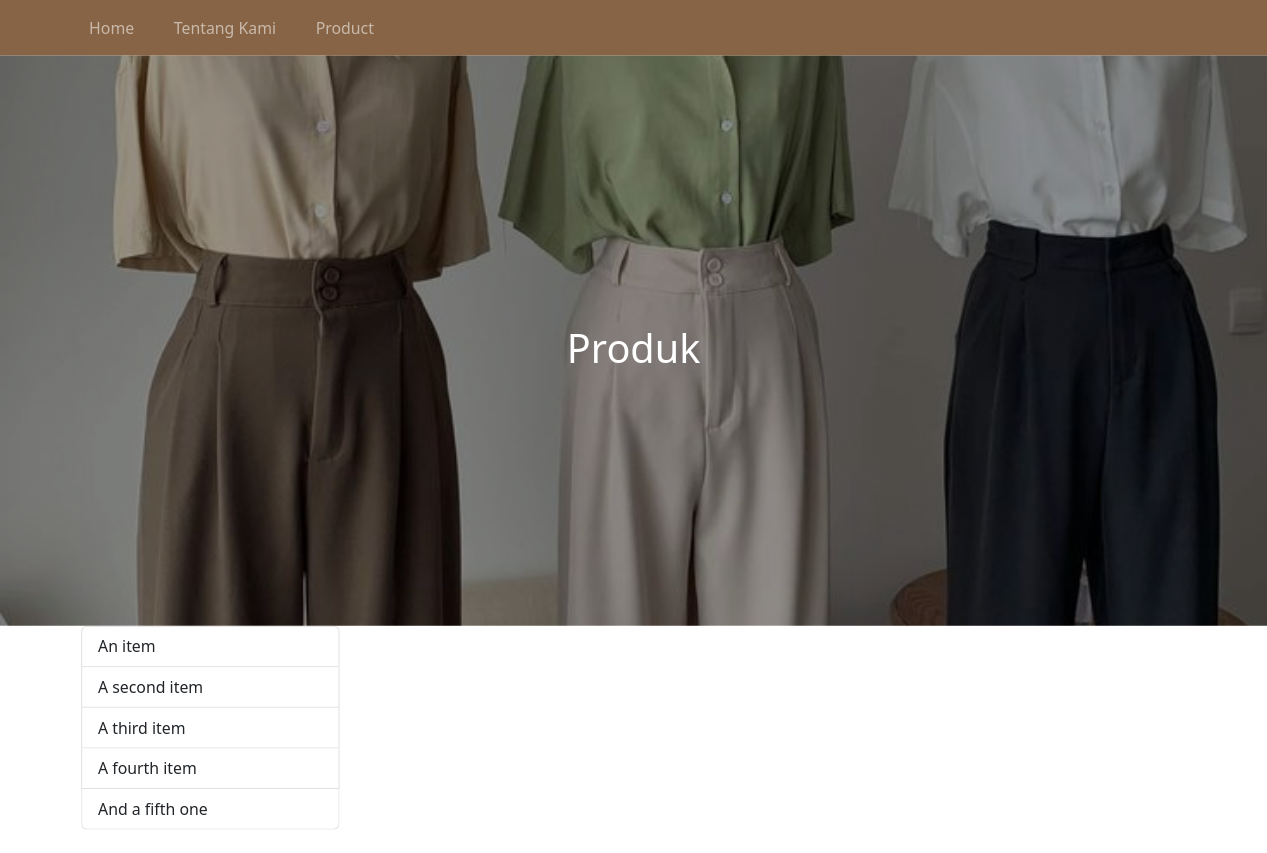
Repository: herman165/tugas_uas
Page: http://localhost/produk.php
These files come from the project's save history. The page is drawn as it stood at one moment and after a run of saves; the edit follows.
The browser window is 1280 px wide. The pictures show the whole page, at 99% of full size.
The page is run by PHP 8.4 with error messages shown; the project is at /var/www/html/.

Above is the page before, as saved 2024-12-11 03:19:23.

After the next 4 saves:
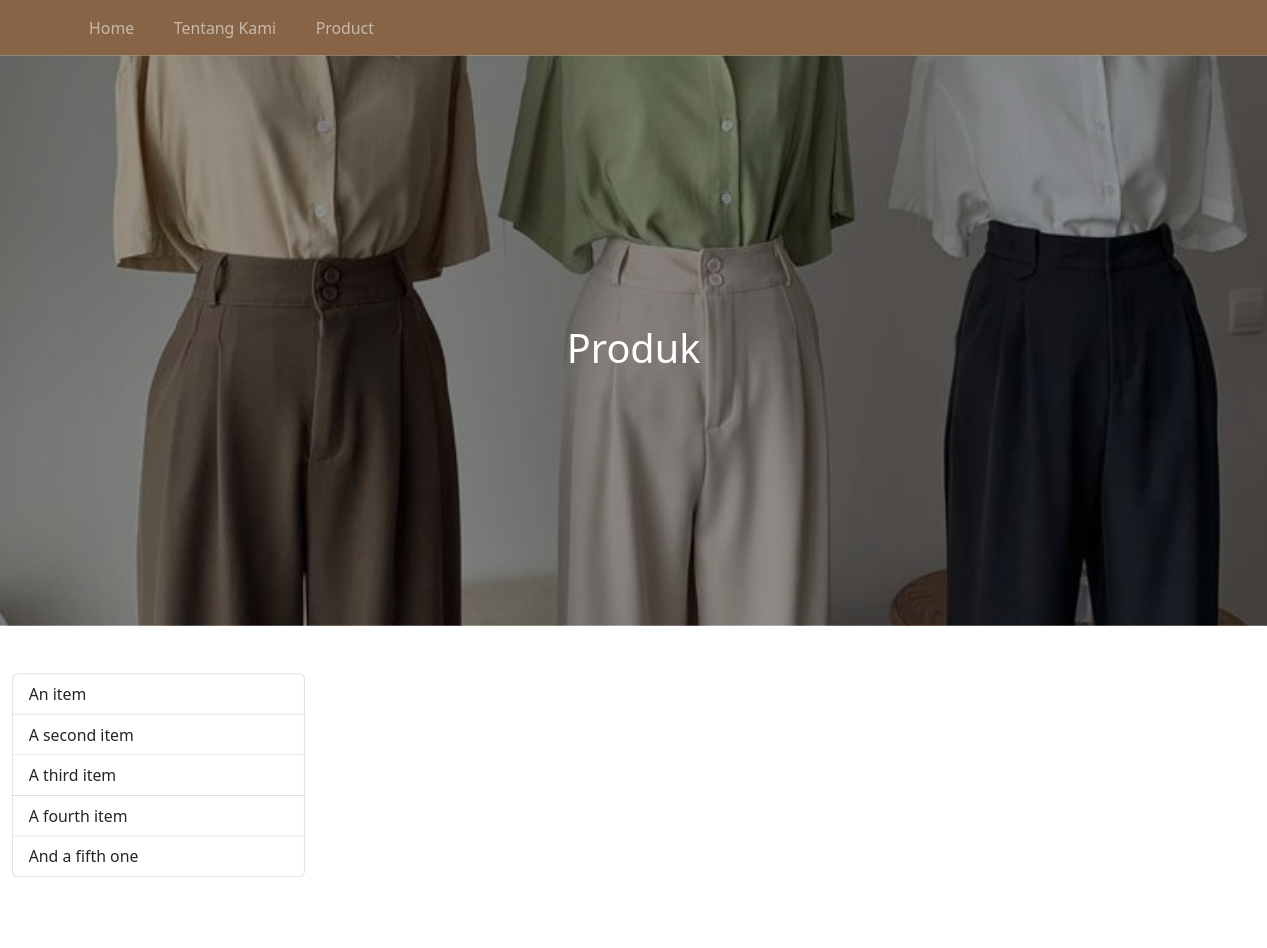
The 4 saves are shown as one change because they came seconds apart.
The last was saved 10 s later.
--- a/produk.php
+++ b/produk.php
@@ -21,7 +21,7 @@
      </div>
 
     <!-- layout produk -->
-        <div class="container">
+        <div class="container-fluid d py-5">
             <div class="row">
                 <div class="col-md-3 mb-4">
                     <ul class="list-group">
